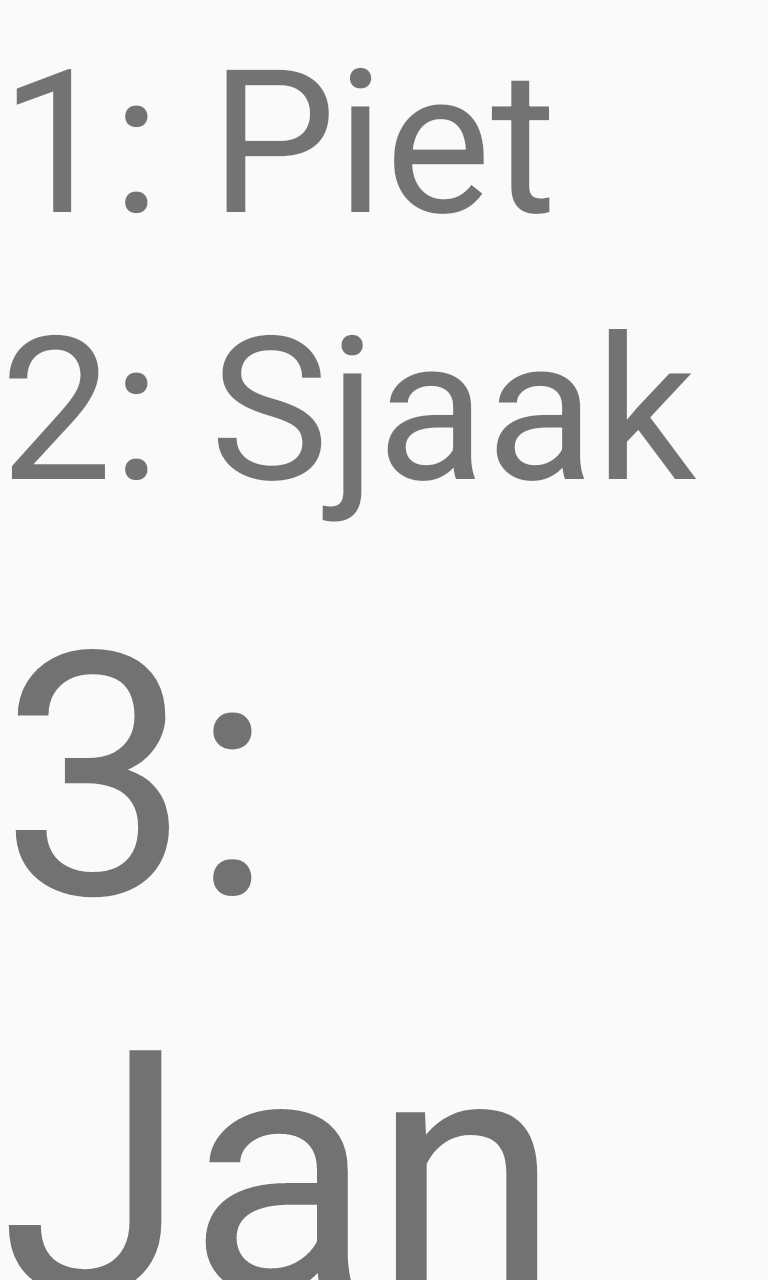
Repository: MarcSelles/BeatYourBucketAndroid
Layout: The_app/BeatYourBucket/res/layout/fragment_score.xml
These files come from the project's save history. The layout is drawn as it stood at one moment and after the next save; the edit follows.
It is drawn on a 768 x 1280 px phone screen (xhdpi) without system bars, with theme AppTheme; the app's code is not run.

Above is the layout before, as saved 2015-01-20 14:53:41.

### The_app/BeatYourBucket/res/layout/fragment_score.xml
<?xml version="1.0" encoding="utf-8"?>
<LinearLayout xmlns:android="http://schemas.android.com/apk/res/android"
    android:layout_width="match_parent"
    android:layout_height="match_parent"
    android:orientation="vertical" >

    <TextView
        android:id="@+id/textView1"
        android:layout_width="wrap_content"
        android:layout_height="wrap_content"
        android:textSize="100sp"
        android:text="1: Piet" />

    <TextView
        android:id="@+id/textView2"
        android:layout_width="wrap_content"
        android:layout_height="wrap_content"
        android:textSize="100sp"
        android:text="2: Sjaak" />

    <TextView
        android:id="@+id/textView3"
        android:layout_width="wrap_content"
        android:layout_height="wrap_content"
        android:textSize="170sp"
        android:text="3: Jan" />

</LinearLayout>

Loaded but not shown: The_app/BeatYourBucket/res/values/styles.xml (common file); The_app/BeatYourBucket/res/values-v11/styles.xml (common file); The_app/BeatYourBucket/res/values-v14/styles.xml (common file)

After the next save:
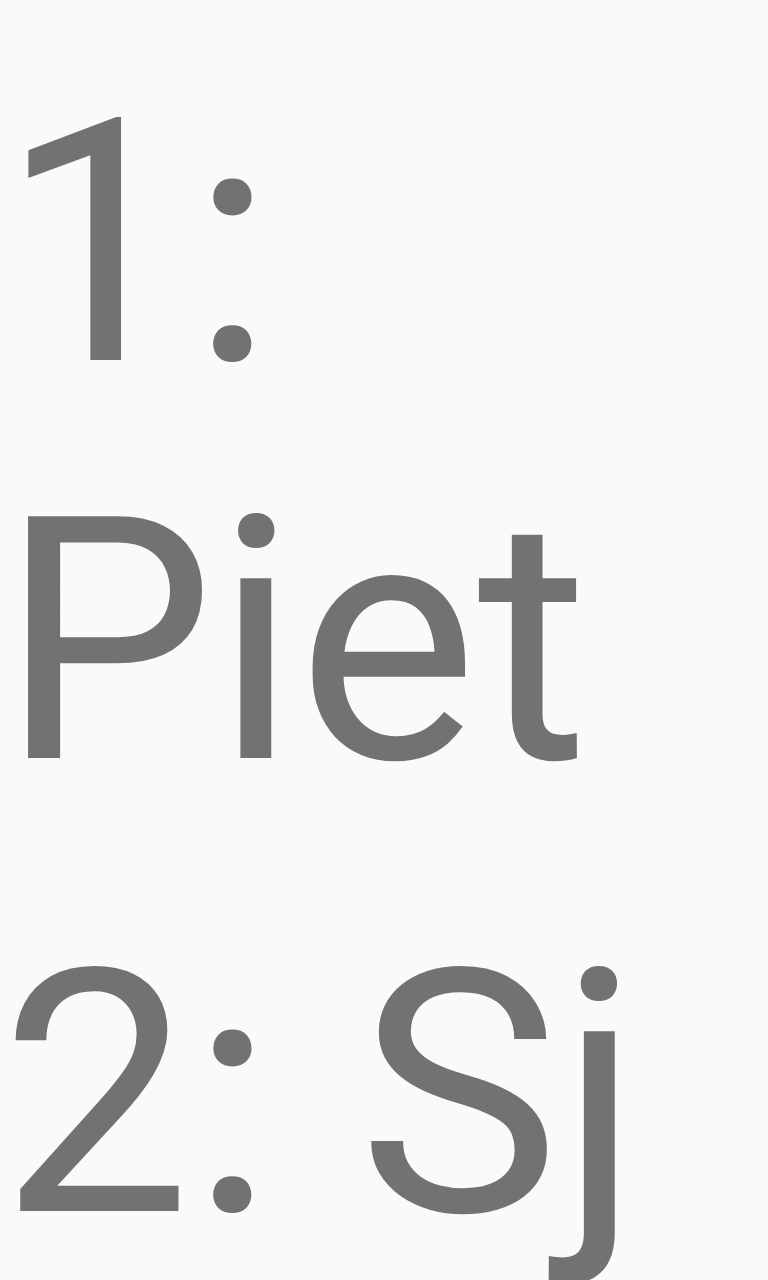
Saved 5 s later.
--- a/The_app/BeatYourBucket/res/layout/fragment_score.xml
+++ b/The_app/BeatYourBucket/res/layout/fragment_score.xml
@@ -8,14 +8,14 @@
         android:id="@+id/textView1"
         android:layout_width="wrap_content"
         android:layout_height="wrap_content"
-        android:textSize="100sp"
+        android:textSize="170sp"
         android:text="1: Piet" />
 
     <TextView
         android:id="@+id/textView2"
         android:layout_width="wrap_content"
         android:layout_height="wrap_content"
-        android:textSize="100sp"
+        android:textSize="170sp"
         android:text="2: Sjaak" />
 
     <TextView
